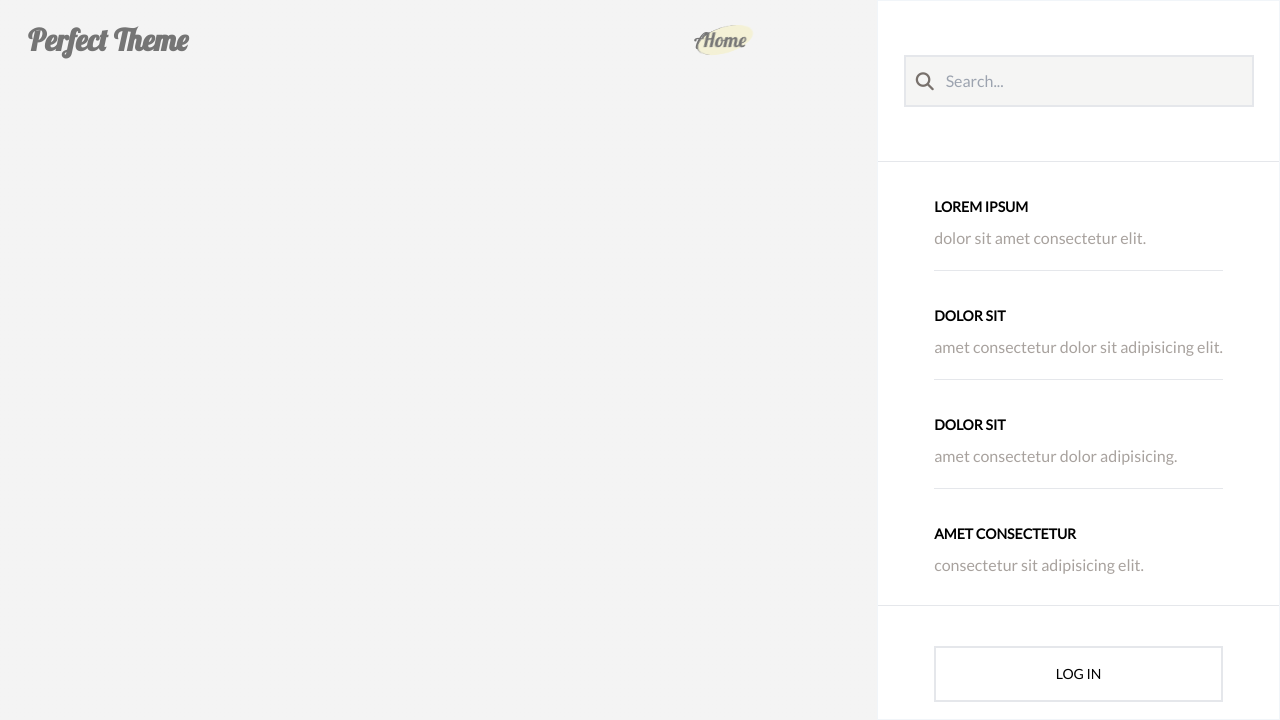
Repository: hsumyatm7308/laravel-blog
Page: blogweb/resources/views/blog/headerlayout.html
These files come from the project's save history. The page is drawn as it stood at one moment and after the next save; the edit follows.
The browser window is 1280 px wide. The pictures show the whole page.
After loading, the first visible `div.menu` was clicked once.
Some web libraries are served in a nearby version.

Above is the page before, as saved 2023-09-05 18:08:05.

After the next save:
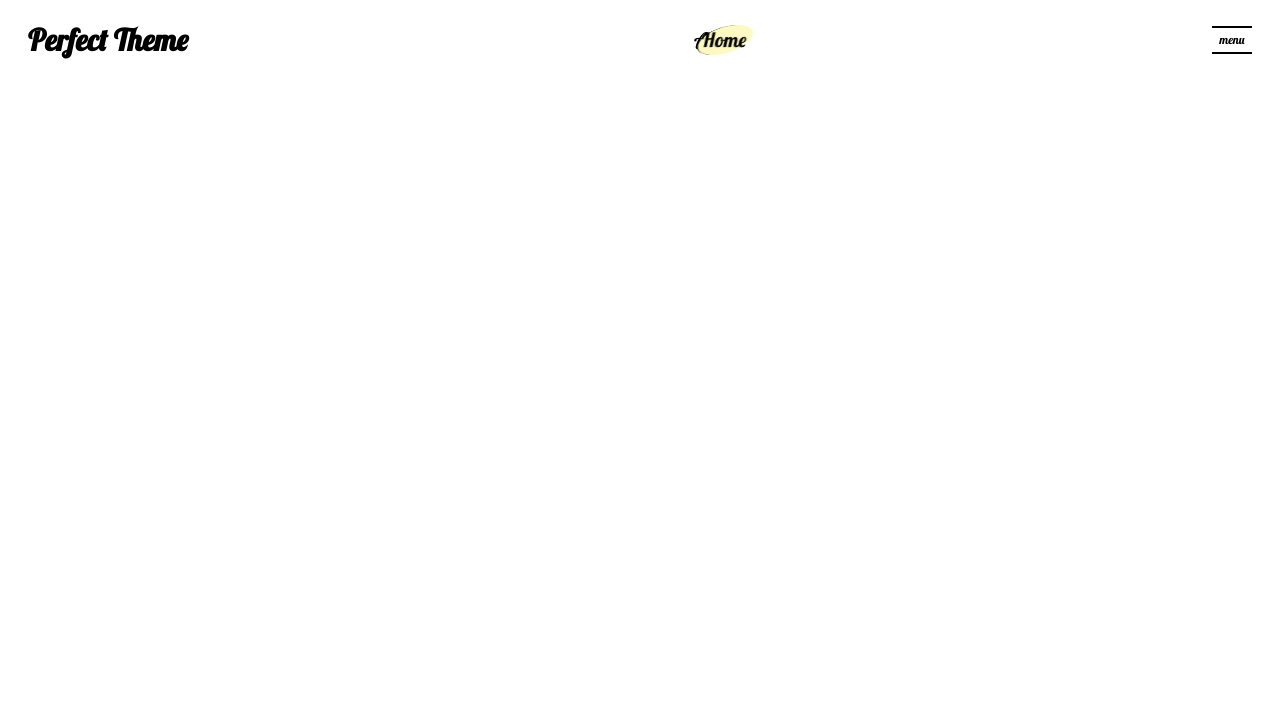
Saved 7 s later.
--- a/blogweb/resources/views/blog/headerlayout.html
+++ b/blogweb/resources/views/blog/headerlayout.html
@@ -218,6 +218,9 @@
         menu.addEventListener('click', function () {
             menumodal.style.opacity = "1"; // Set opacity to 1 to make it visible with the transition
             menumodal.style.display = "block";
+            setTimeout(() => {
+                menumodal.style.display = "none";
+            }, 500);
         });
 
         const blankspace = document.getElementById('blankspace');

After the save that followed:
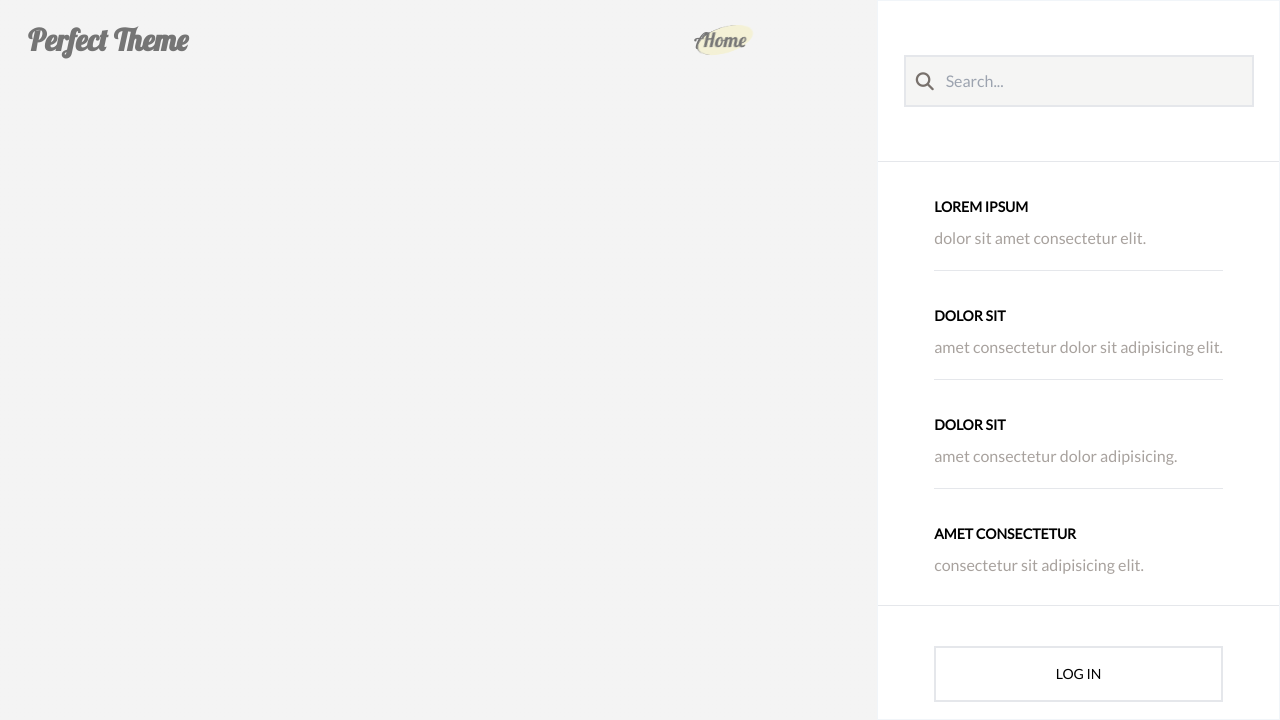
Saved 14 s later.
--- a/blogweb/resources/views/blog/headerlayout.html
+++ b/blogweb/resources/views/blog/headerlayout.html
@@ -219,7 +219,7 @@
             menumodal.style.opacity = "1"; // Set opacity to 1 to make it visible with the transition
             menumodal.style.display = "block";
             setTimeout(() => {
-                menumodal.style.display = "none";
+                menumodal.style.display = "block";
             }, 500);
         });
 
